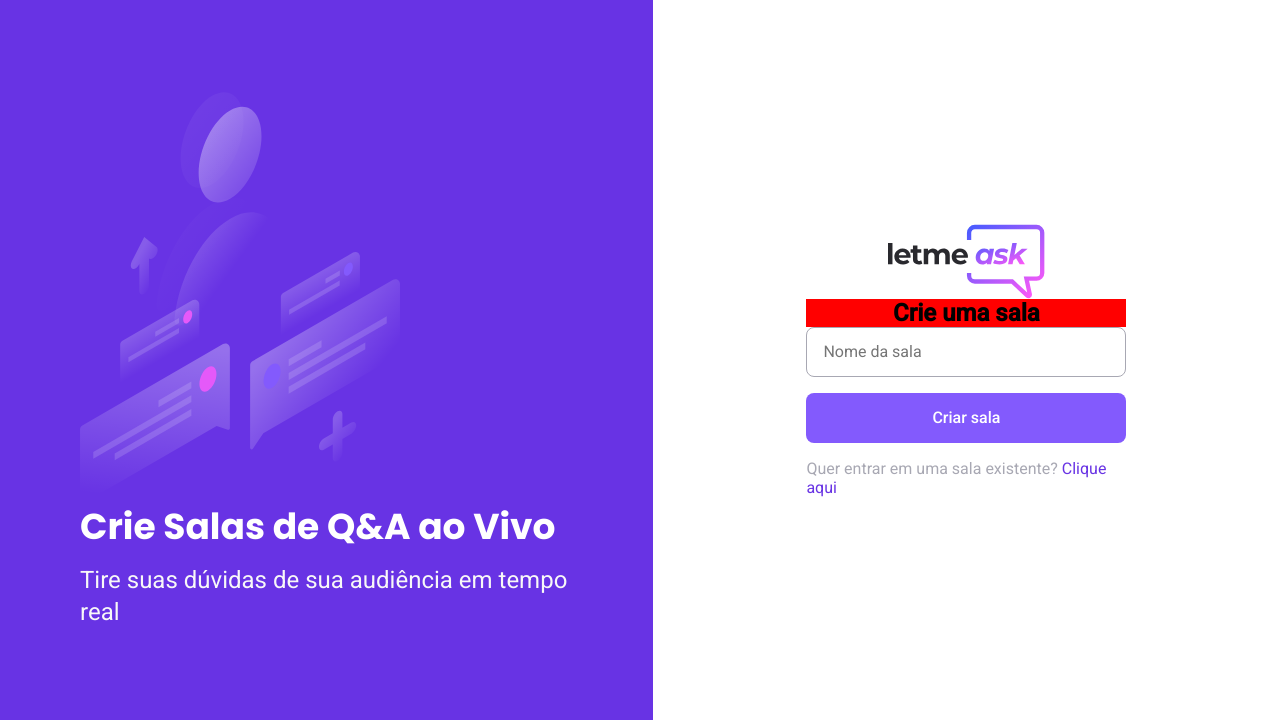
Repository: ANDRIEL123/NLW6-ReactJS-Letmeask
Page: /
The author's editor kept a copy of each file at every save. The page is drawn from the files as they stood at one save, then again after the next save.
The browser window is 1280 px wide. The pictures show the whole page.
The project was rebuilt for these pictures with package versions that can differ from the ones it lists, and the page was loaded fresh each time.

Above is the page before, as saved 2021-10-11 15:24:47.

After the next save:
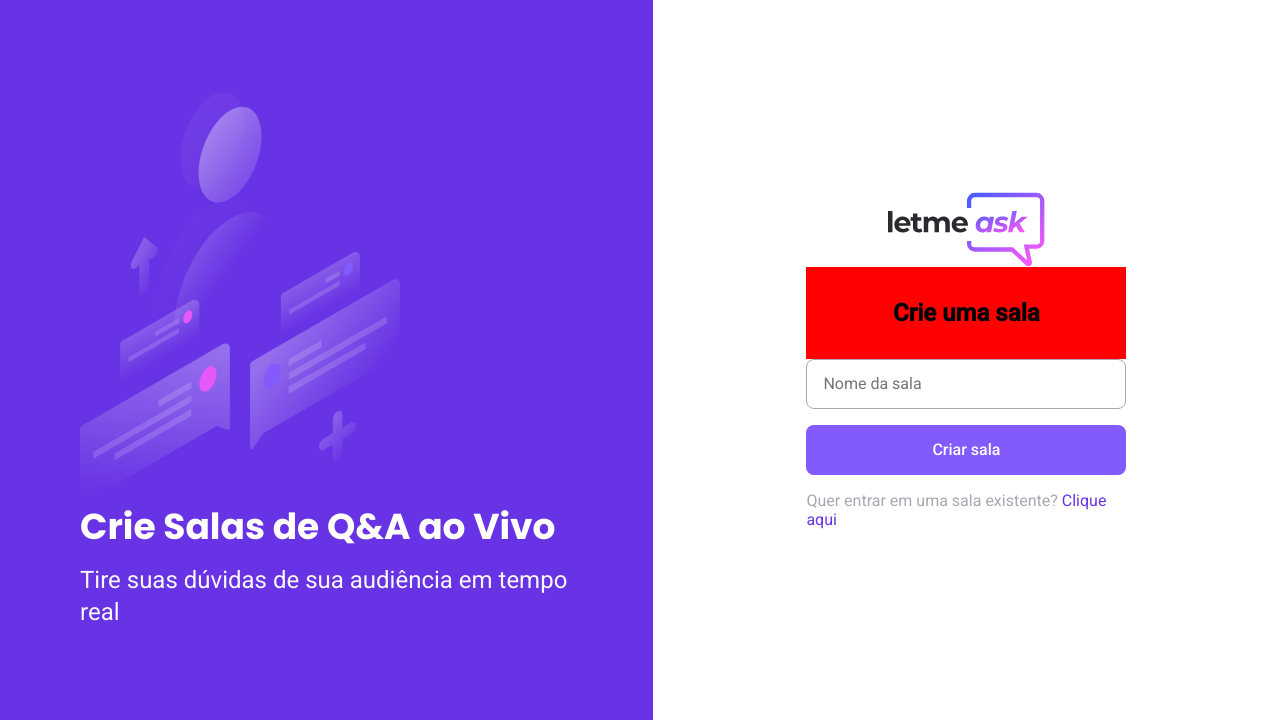
Saved 5 s later.
--- a/src/styles/auth.scss
+++ b/src/styles/auth.scss
@@ -75,7 +75,7 @@
             display: flex;
             background: red;
             justify-content: center;
-            padding: 32 8px;
+            padding: 32px;
         }
 
         p {

After the save that followed:
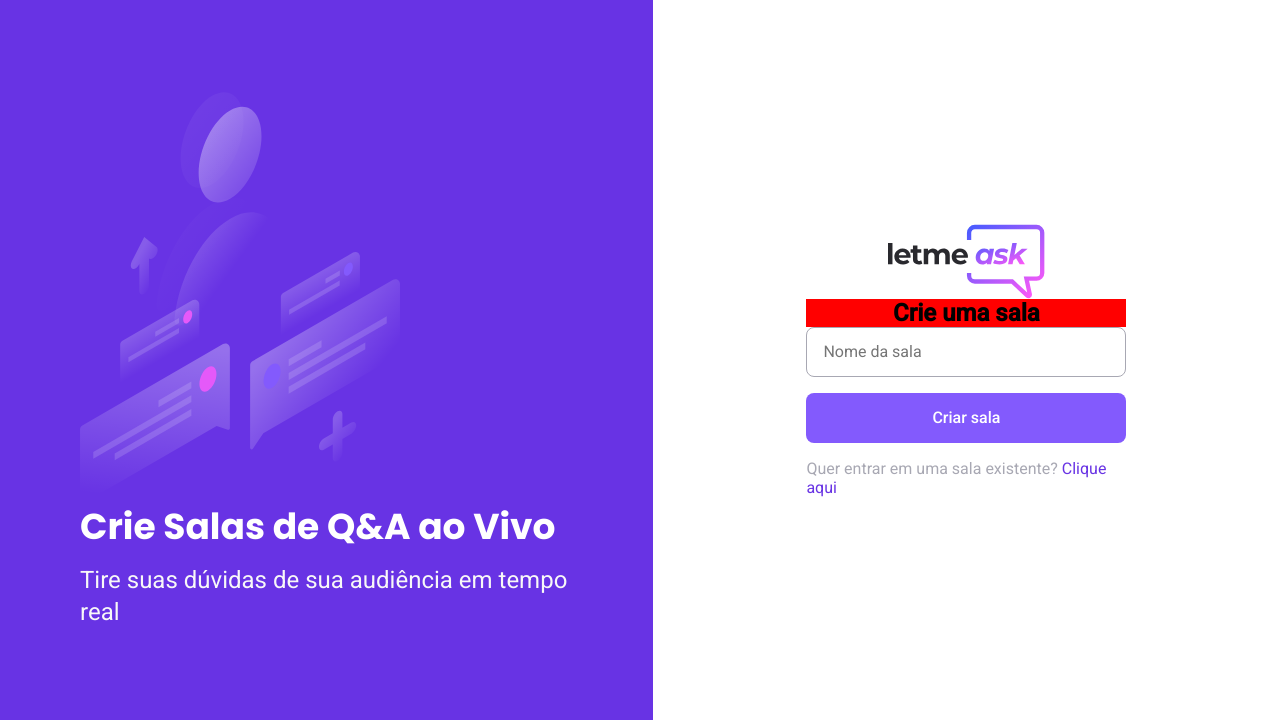
Saved 5 s later.
--- a/src/styles/auth.scss
+++ b/src/styles/auth.scss
@@ -75,7 +75,7 @@
             display: flex;
             background: red;
             justify-content: center;
-            padding: 32px;
+            padding: 32 8px;
         }
 
         p {
